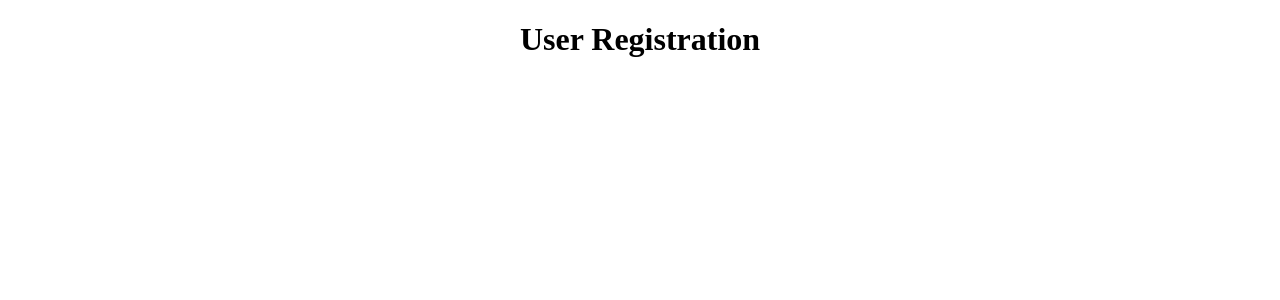
Repository: vinjal-jain/Advance-Java--01
Page: http://localhost/advance-java-web/UserRegistrationView.jsp
An editor plug-in stored every save of this project. The page is shown before and after the next save, followed by the edit.
The browser window is 1280 px wide. The pictures show the whole page.
The page is served by Tomcat 9.

Above is the page before, as saved 2024-08-06 07:36:47.

After the next save:
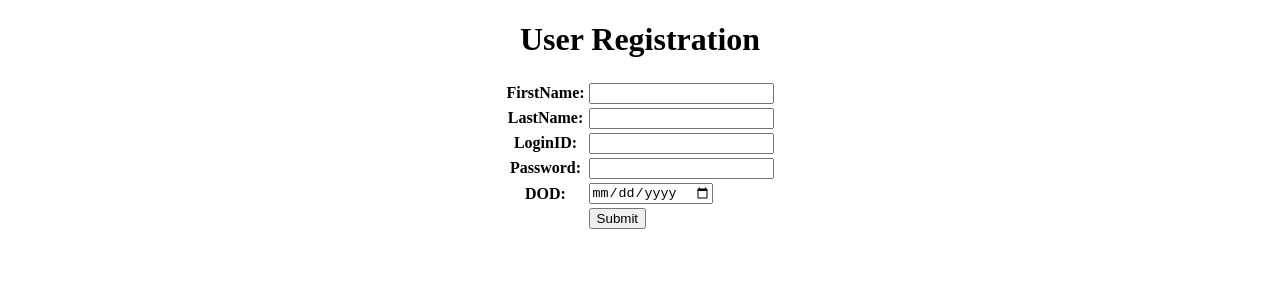
Saved 12 s later.
--- a/DynamicWebProject/advance-java-web/WebContent/UserRegistrationView.jsp
+++ b/DynamicWebProject/advance-java-web/WebContent/UserRegistrationView.jsp
@@ -24,6 +24,44 @@
 			<%
 				}
 			%>
+			<table>
+				<tr>
+					<th>FirstName:</th>
+					<td><input type="text" name="firstName"></td>
+
+				</tr>
+				<tr>
+					<th>LastName:</th>
+					<td><input type="text" name="lastName"></td>
+
+				</tr>
+				<tr>
+					<th>LoginID:</th>
+					<td><input type="text" name="loginId"></td>
+
+				</tr>
+				<tr>
+					<th>Password:</th>
+					<td><input type="text" name="password"></td>
+
+				</tr>
+				<tr>
+					<th>DOD:</th>
+					<td><input type="date" name="dob"
+						style="width: 97%></td>
+
+    </tr>
+        <tr>
+        <th>Address:</th>
+            <td><input type="text" name ="address"></td>
+
+    </tr>
+        <tr>
+        <td></td>
+            <td><input type="submit" name ="signup"></td>
+
+    </tr>
+</table>
 
 
 		</div>

After the 4 saves that followed:
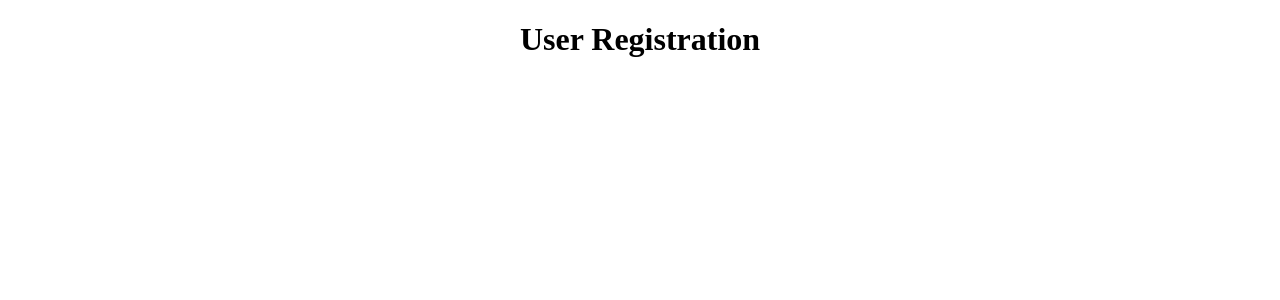
The 4 saves are shown as one change because 3 left the picture as it was.
The last was saved 99 s later.
--- a/DynamicWebProject/advance-java-web/WebContent/UserRegistrationView.jsp
+++ b/DynamicWebProject/advance-java-web/WebContent/UserRegistrationView.jsp
@@ -11,62 +11,3 @@
 	<form action="UserRegistrationCtl" method="post">
 		<div align="center">
 			<h1>User Registration</h1>
-			<%
-				String msg = (String) request.getAttribute("msg");
-			%>
-
-			<%
-				if (msg != null) {
-			%>
-			<h3>
-				<font color="red"><%=msg%></font>
-			</h3>
-			<%
-				}
-			%>
-			<table>
-				<tr>
-					<th>FirstName:</th>
-					<td><input type="text" name="firstName"></td>
-
-				</tr>
-				<tr>
-					<th>LastName:</th>
-					<td><input type="text" name="lastName"></td>
-
-				</tr>
-				<tr>
-					<th>LoginID:</th>
-					<td><input type="text" name="loginId"></td>
-
-				</tr>
-				<tr>
-					<th>Password:</th>
-					<td><input type="text" name="password"></td>
-
-				</tr>
-				<tr>
-					<th>DOD:</th>
-					<td><input type="date" name="dob"
-						style="width: 97%></td>
-
-    </tr>
-        <tr>
-        <th>Address:</th>
-            <td><input type="text" name ="address"></td>
-
-    </tr>
-        <tr>
-        <td></td>
-            <td><input type="submit" name ="signup"></td>
-
-    </tr>
-</table>
-
-
-		</div>
-
-	</form>
-
-</body>
-</html>
